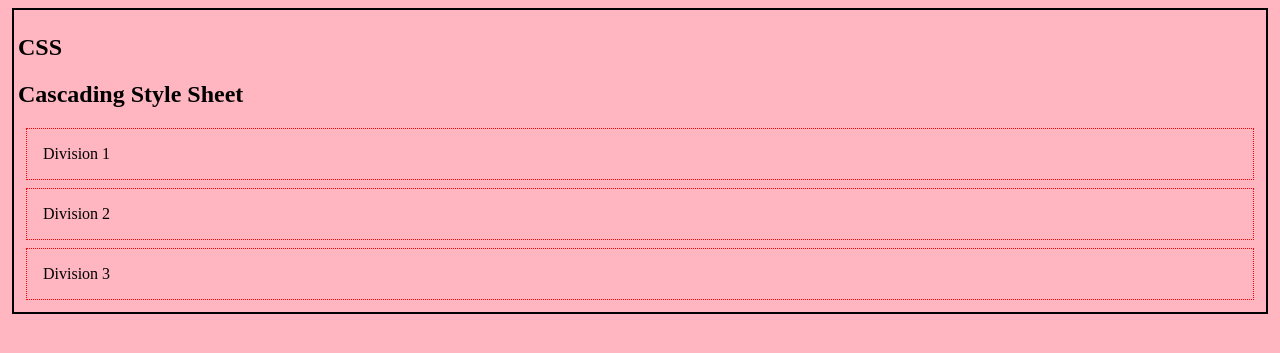
Repository: Sid0130/HTML
Page: lab-web/lab02_css/src/main/webapp/index.html
The author's editor kept a copy of each file at every save. The page is drawn from the files as they stood at one save, then again after the next save.
The browser window is 1280 px wide. The pictures show the whole page.

Above is the page before, as saved 2024-12-04 07:13:39.

### lab-web/lab02_css/src/main/webapp/index.html
<!DOCTYPE html>
<html>
	<head>
		<meta charset="UTF-8">
		<title>Lab02 CSS</title>

<!-- CSS는 제일 나중에 적용된 것이 적용이 된다.
     전체 외부로 먼저 적용하고 그 다음 내부로 바꾸고 싶은것만 바꾸는게 일반적으로 사용하는 방법 -->

        <!-- 외부 CSS 파일 링크 -->
        <link rel="stylesheet" href="css/mystyle.css"/>

        <!-- 내부 CSS 작성 -->
        <style>
            div{
                border:1px dotted red;
            }
        </style>
        <!-- 외부 CSS 다음에 내부 CSS를 작성한 경우에는 나중에 설정된 값이 적용됨. -->

	</head>
	<body>

<!-- 메인이라는 의미만 갖고있는 -->
		<main> <!-- 웹 페이지의 주요 영역(main devision)라는 의미를 갖는 태그. -->
            <section> <!-- 웹 페이지의 섹션 영역(section division)이라는 의미를 갖는 태그. -->
                <h1>CSS</h1>
                <h2>Cascading Style Sheet</h2>

                <!-- 모든 div에 똑같은 설정을 지정해줌. -->
                <div>Division 1</div>
                <div>Division 2</div>
                <div style = "">Division 3</div>

            </section>
        </main>
	</body>
</html>

<!--
Front-End 개발 언어:
1. HTML: 웹 페이지의 정적 컨텐츠(링크, 이미지, 테이블, 폼, 리스트, ...)들을 작성하는 언어
2. CSS: 웹 페이지의 스타일(요소 배치, 색상, 모양, 크기, ...)들을 작성하는 언어.
3. JavaScript: 웹 페이지의 동적 변화, 이벤트 처리, 서버와 통신 등과 같은 기능을 구현하는 언어.
   **중요: 브라우저에서 실행되는 프로그래밍 언어. 노드js가 서버에서 해주기도 하는데  일반적으로 브라우저에서 실행.

CSS 적용 방법:
1. 외부(external) CSS: 별도의 css 파일에서 작성된 내용을 html 파일에서 링크해서 사용.
2. 내부(internal) CSS: HTML 파일의 <script> 태그 안에서 스타일을 작성.
3. inline CSS: 각각의 HTML 태그 요소 안에서 style 속성(attribute) 값을 작성.
-->

### lab-web/lab02_css/src/main/webapp/css/mystyle.css
@charset "UTF-8";  /* CSS 파일의 인코딩 선언*/

/*
 * CSS 문법:
 * selector {
 *     property: value;
 *     ...
 * }
 */

body {
    background-color: LightPink; /* 바탕색 */
}

main{
    border: 2px solid black; /* 테두리선 굵기, 모양, 색깔 */
    margin: 4px; /* 테두리선 바깥 여백 */
    padding: 4px; /* 테두리선 안쪽 여백 */
}
/* 스타일의 이름 속성 값 세미콜론 */


div{
    border: 2px solid white;
    margin: 8px;
    padding: 16px;
}

After the next save:
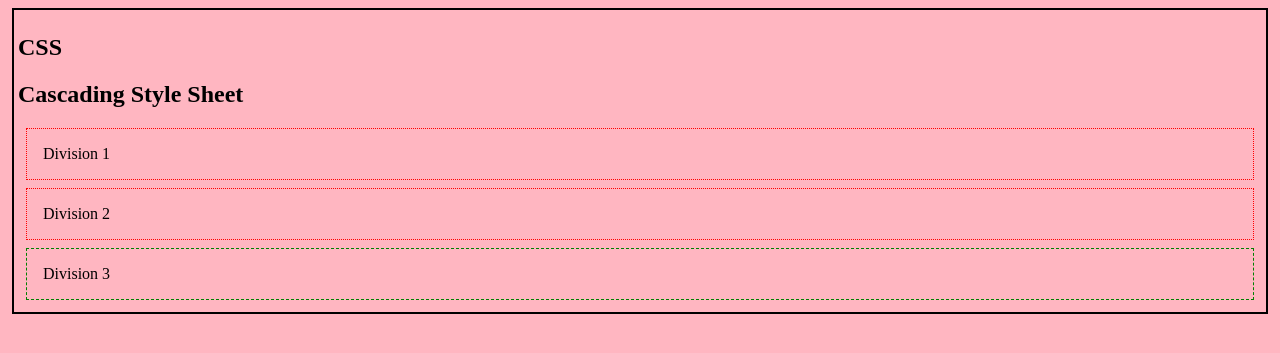
Saved 51 s later.
--- a/lab-web/lab02_css/src/main/webapp/index.html
+++ b/lab-web/lab02_css/src/main/webapp/index.html
@@ -30,7 +30,7 @@
                 <!-- 모든 div에 똑같은 설정을 지정해줌. -->
                 <div>Division 1</div>
                 <div>Division 2</div>
-                <div style = "">Division 3</div>
+                <div style = "border: 1px dashed green">Division 3</div>
 
             </section>
         </main>
